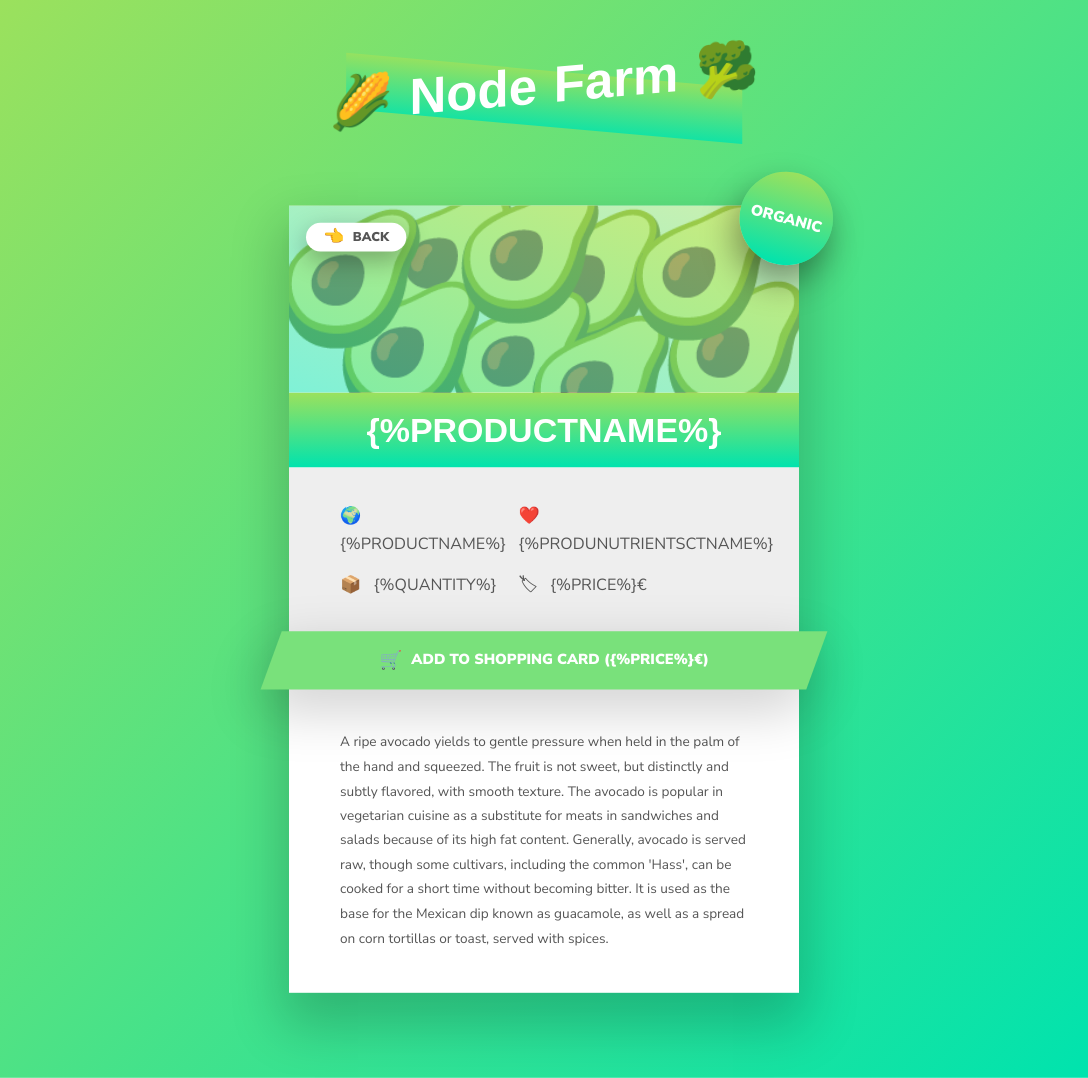
Repository: Kaii-Dev/NODEJS-by-JONAS
Page: 1-node-farm/starter/templates/product.html
These files come from the project's save history. The page is drawn as it stood at one moment and after a run of saves; the edit follows.
The browser window is 1280 px wide. The pictures show the whole page, at 85% of full size.
Some web fonts or font styles are not loaded; a fallback is used.

Above is the page before, as saved 2022-08-03 13:48:00.

### 1-node-farm/starter/templates/product.html
<!DOCTYPE html>
<html lang="en">
  <head>
    <meta charset="UTF-8" />
    <meta name="viewport" content="width=device-width, initial-scale=1.0" />
    <meta http-equiv="X-UA-Compatible" content="ie=edge" />
    <link
      href="https://fonts.googleapis.com/css?family=Megrim|Nunito+Sans:400,900"
      rel="stylesheet"
    />
    <link
      rel="icon"
      href="https://emojipedia-us.s3.dualstack.us-west-1.amazonaws.com/thumbs/240/apple/155/ear-of-maize_1f33d.png"
    />

    <title>Fresh Avocados 🥑 /// NODE FARM</title>

    <style>
      *,
      *::before,
      *::after {
        margin: 0;
        padding: 0;
        box-sizing: inherit;
      }

      html {
        font-size: 62.5%;
        box-sizing: border-box;
      }

      body {
        padding: 5rem 5rem 10rem;
        line-height: 1.7;
        font-family: 'Nunito Sans', sans-serif;
        color: #555;
        min-height: 100vh;
        background: linear-gradient(to bottom right, #9be15d, #00e3ae);
      }

      h1 {
        font-family: 'Megrim', sans-serif;
        font-size: 6rem;
        color: white;
        transform: skewY(-5deg);
        text-align: center;
        position: relative;
        word-spacing: 3px;
      }

      h1::before {
        content: '';
        display: block;
        height: 65%;
        width: 49%;
        position: absolute;
        top: 105%;
        left: 50%;
        background: linear-gradient(to bottom, #9be15d, #00e3ae);
        opacity: 0.8;
        z-index: -1;
        transform: skewY(370deg) translate(-50%, -50%);
      }

      .container {
        width: 95rem;
        margin: 0 auto;
      }

      .product {
        width: 60rem;
        margin: 0 auto;
        margin-top: 9rem;
        background: white;
        box-shadow: 0 3rem 6rem 1rem rgba(0, 0, 0, 0.2);
        position: relative;
      }

      .product__hero {
        position: relative;
        height: 22rem;
        overflow: hidden;
      }

      .product__hero::before {
        content: '';
        display: block;
        height: 100%;
        width: 100%;
        position: absolute;
        top: 0;
        left: 0;
        background-image: linear-gradient(to left bottom, #9be15d, #00e3ae);
        opacity: 0.5;
        z-index: 100;
      }

      .product__emoji {
        font-size: 15rem;
        position: absolute;
      }

      .product__emoji--1 {
        top: -4rem;
        left: -2rem;
        z-index: 10;
      }

      .product__emoji--2 {
        top: -6rem;
        left: 9rem;
      }

      .product__emoji--3 {
        top: -4rem;
        right: 15rem;
      }

      .product__emoji--4 {
        top: -5rem;
        right: 2rem;
        z-index: 10;
      }

      .product__emoji--5 {
        bottom: -9rem;
        left: 18rem;
      }

      .product__emoji--6 {
        bottom: -8rem;
        left: 5rem;
      }

      .product__emoji--7 {
        bottom: -12rem;
        right: 14rem;
      }

      .product__emoji--8 {
        bottom: -8rem;
        right: -2rem;
      }

      .product__emoji--9 {
        top: -7rem;
        left: 19rem;
      }

      .product__organic {
        position: absolute;
        top: -4rem;
        right: -4rem;
        z-index: 1000;
        height: 11rem;
        width: 11rem;
        background-image: linear-gradient(to bottom, #9be15d, #00e3ae);
        border-radius: 50%;
        transform: rotate(15deg);
        box-shadow: 0 2rem 4rem rgba(0, 0, 0, 0.4);
        display: flex;
        align-items: center;
        justify-content: center;
      }

      .product__organic h5 {
        font-weight: 900;
        text-transform: uppercase;
        font-size: 1.8rem;
        color: white;
      }

      .product__back:link,
      .product__back:visited {
        position: absolute;
        top: 2rem;
        left: 2rem;
        font-size: 1.5rem;
        font-weight: 700;
        text-transform: uppercase;
        text-decoration: none;
        z-index: 1000;
        color: #555;
        background-color: white;
        box-shadow: 0 1rem 3rem rgba(0, 0, 0, 0.3);
        border-radius: 100rem;
        padding: 0 2rem;
        transition: all 0.3s;
        display: flex;
        align-items: center;
      }

      .product__back:hover,
      .product__back:active {
        background-color: #79e17b;
      }

      .product__name {
        background: linear-gradient(to bottom, #9be15d, #00e3ae);
        padding: 1rem;
        font-family: 'Megrim', sans-serif;
        font-size: 4rem;
        color: white;
        text-align: center;
        word-spacing: 2px;
      }

      .product__details {
        background-color: #eee;
        padding: 4rem 6rem;
        font-size: 1.9rem;
        display: grid;
        grid-template-columns: 1fr 1fr;
        grid-gap: 1.5rem;
      }

      .product__description {
        padding: 5rem 6rem;
        font-size: 1.6rem;
        line-height: 1.8;
      }

      .product__link:link,
      .product__link:visited {
        display: block;
        background-color: #79e17b;
        color: white;
        font-size: 1.6rem;
        font-weight: 700;
        text-transform: uppercase;
        text-decoration: none;
        padding: 1.5rem;
        text-align: center;
        transform: scale(1.07) skewX(-20deg);
        box-shadow: 0 2rem 6rem rgba(0, 0, 0, 0.2);
        display: flex;
        align-items: center;
        justify-content: center;
        transition: all 0.3s;
      }

      .product__link:hover,
      .product__link:active {
        background-color: #9be15d;
        transform: scale(1.1) skewX(-20deg);
      }

      .product__link span {
        transform: skewX(20deg);
      }

      .emoji-left {
        font-size: 2rem;
        margin-right: 1rem;
      }

      .emoji-right {
        font-size: 2rem;
        margin-left: 1rem;
      }

      .not-organic {
        display: none;
      }
    </style>
  </head>

  <body>
    <div class="container">
      <h1>🌽 Node Farm 🥦</h1>

      <figure class="product">
        <div class="product__organic"><h5>Organic</h5></div>
        <a href="#" class="product__back">
          <span class="emoji-left">👈</span>Back
        </a>
        <div class="product__hero">
          <span class="product__emoji product__emoji--1">🥑</span>
          <span class="product__emoji product__emoji--2">🥑</span>
          <span class="product__emoji product__emoji--3">🥑</span>
          <span class="product__emoji product__emoji--4">🥑</span>
          <span class="product__emoji product__emoji--5">🥑</span>
          <span class="product__emoji product__emoji--6">🥑</span>
          <span class="product__emoji product__emoji--7">🥑</span>
          <span class="product__emoji product__emoji--8">🥑</span>
          <span class="product__emoji product__emoji--9">🥑</span>
        </div>
        <h2 class="product__name">{%PRODUCTNAME%}</h2>
        <div class="product__details">
          <p><span class="emoji-left">🌍</span> {%PRODUCTNAME%}</p>
          <p><span class="emoji-left">❤️</span> {%PRODUNUTRIENTSCTNAME%}</p>
          <p><span class="emoji-left">📦</span> {%QUANTITY%}</p>
          <p><span class="emoji-left">🏷</span> {%PRICE%}€</p>
        </div>

        <a href="#" class="product__link">
          <span class="emoji-left">🛒</span>
          <span>Add to shopping card ({%PRICE%}€)</span>
        </a>

        <p class="product__description">
          A ripe avocado yields to gentle pressure when held in the palm of the
          hand and squeezed. The fruit is not sweet, but distinctly and subtly
          flavored, with smooth texture. The avocado is popular in vegetarian
          cuisine as a substitute for meats in sandwiches and salads because of
          its high fat content. Generally, avocado is served raw, though some
          cultivars, including the common 'Hass', can be cooked for a short time
          without becoming bitter. It is used as the base for the Mexican dip
          known as guacamole, as well as a spread on corn tortillas or toast,
          served with spices.
        </p>
      </figure>

    </div>
  </body>
</html>

After the next 2 saves:
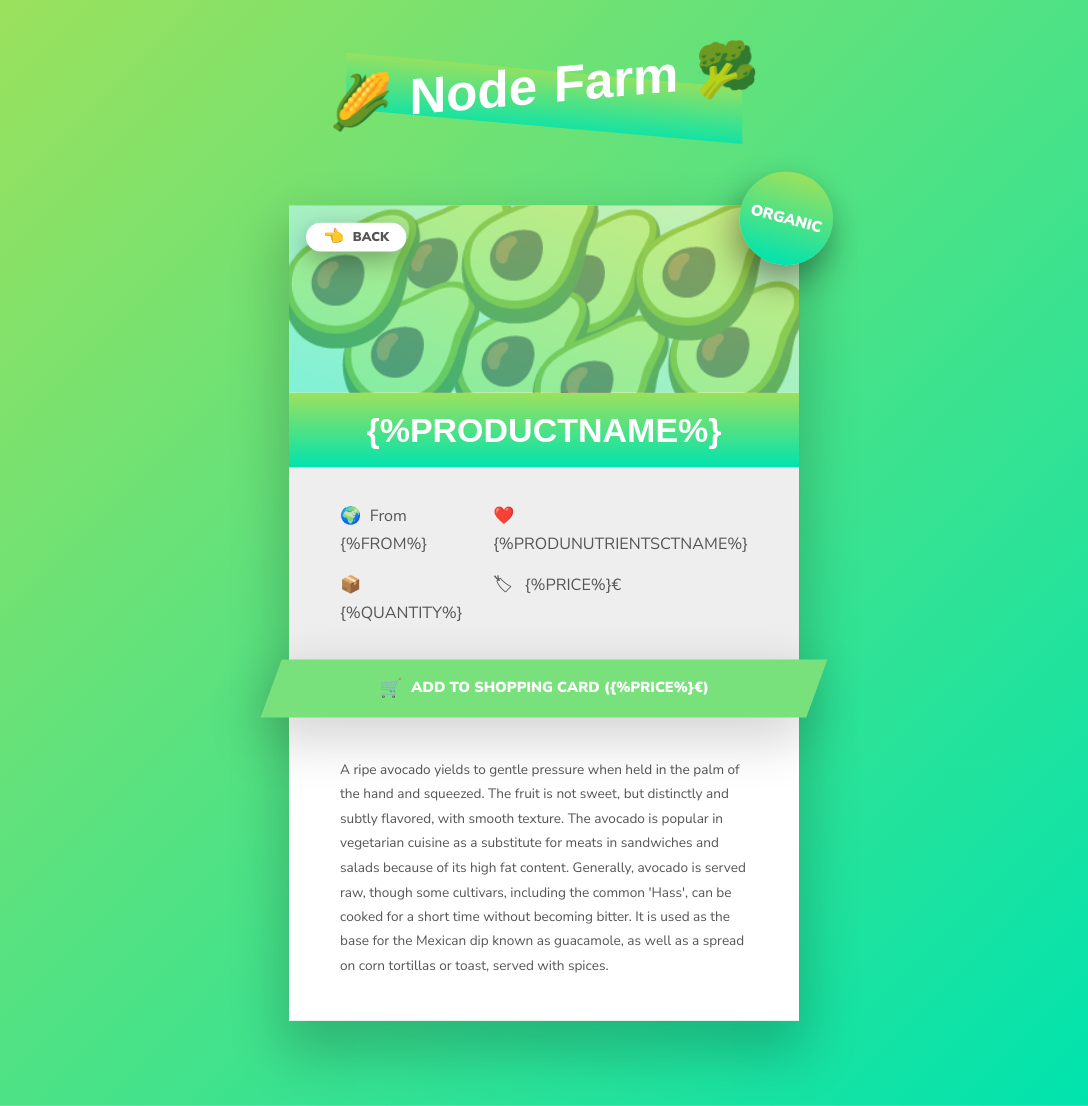
The 2 saves are shown as one change because they came seconds apart.
The last was saved 10 s later.
--- a/1-node-farm/starter/templates/product.html
+++ b/1-node-farm/starter/templates/product.html
@@ -287,7 +287,7 @@
         </div>
         <h2 class="product__name">{%PRODUCTNAME%}</h2>
         <div class="product__details">
-          <p><span class="emoji-left">🌍</span> {%PRODUCTNAME%}</p>
+          <p><span class="emoji-left">🌍</span>From {%FROM%}</p>
           <p><span class="emoji-left">❤️</span> {%PRODUNUTRIENTSCTNAME%}</p>
           <p><span class="emoji-left">📦</span> {%QUANTITY%}</p>
           <p><span class="emoji-left">🏷</span> {%PRICE%}€</p>

After the save that followed:
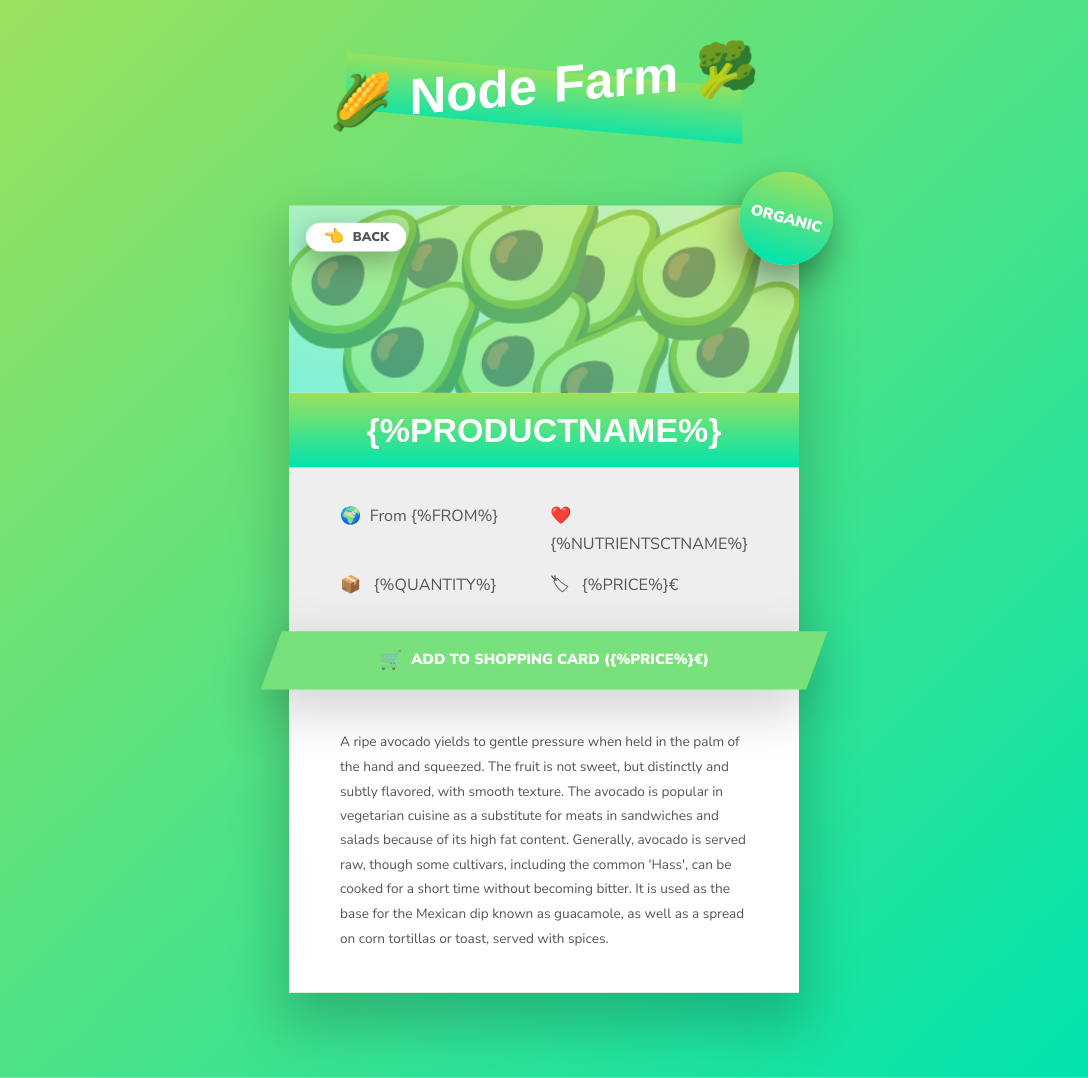
Saved 6 s later.
--- a/1-node-farm/starter/templates/product.html
+++ b/1-node-farm/starter/templates/product.html
@@ -288,7 +288,7 @@
         <h2 class="product__name">{%PRODUCTNAME%}</h2>
         <div class="product__details">
           <p><span class="emoji-left">🌍</span>From {%FROM%}</p>
-          <p><span class="emoji-left">❤️</span> {%PRODUNUTRIENTSCTNAME%}</p>
+          <p><span class="emoji-left">❤️</span> {%NUTRIENTSCTNAME%}</p>
           <p><span class="emoji-left">📦</span> {%QUANTITY%}</p>
           <p><span class="emoji-left">🏷</span> {%PRICE%}€</p>
         </div>
